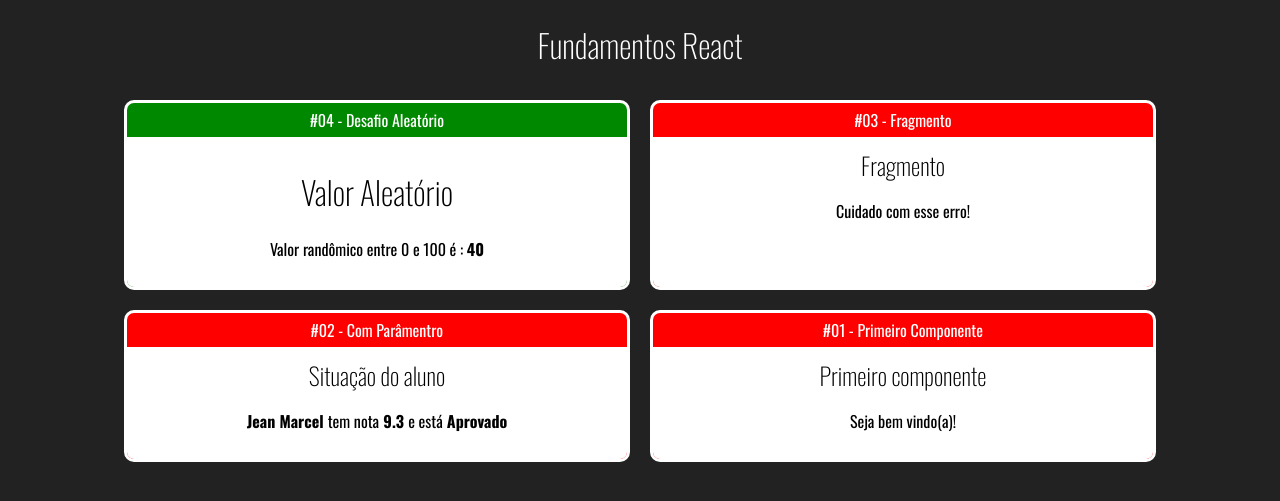
Repository: jean-siqueira/fundamentos-react
Page: /
An editor plug-in stored every save of this project. The page is shown before and after a run of saves, followed by the edit.
The browser window is 1280 px wide. The pictures show the whole page.
The project was rebuilt for these pictures with package versions that can differ from the ones it lists, and the page was loaded fresh each time.

Above is the page before, as saved 2023-03-04 12:33:15.

### public/index.html
<!DOCTYPE html>
<html lang="en">
  <head>
    <meta charset="utf-8" />
    <link rel="icon" href="%PUBLIC_URL%/favicon.ico" />
    <meta name="viewport" content="width=device-width, initial-scale=1" />
    <meta name="theme-color" content="#000000" />
    <meta
      name="description"
      content="Web site created using create-react-app"
    />
    <link rel="apple-touch-icon" href="%PUBLIC_URL%/logo192.png" />
    <link rel="manifest" href="%PUBLIC_URL%/manifest.json" />
    <link rel="preconnect" href="https://fonts.googleapis.com">
<link rel="preconnect" href="https://fonts.gstatic.com" crossorigin>
<link href="https://fonts.googleapis.com/css2?family=Oswald:wght@200;300;400;500;600;700&display=swap" rel="stylesheet">
    <title>React App</title>
  </head>
  <body>
    <noscript>You need to enable JavaScript to run this app.</noscript>
    <div id="root"></div>
  </body>
</html>

### src/index.js
import "./index.css";
import ReactDOM from "react-dom";
import React from "react";

import App from "./App";

const tag = <strong>Olá React</strong>;

ReactDOM.render(<App />, document.getElementById("root"));

### src/index.css
body {
    font-family: Oswald;
    background-color: #222;
    color: #fff;
    text-align: center;
}

h1, h2, h3 {
    font-weight: 200;
}

h2, h3 {
    margin: 0;
}

### src/App.jsx
import React from "react";

import Card from "./components/layout/Card";
import Primeiro from "./components/basicos/Primeiro";
import "./App.css"
import ComParametro from "./components/basicos/ComParametro";
import Fragmento from "./components/basicos/Fragmento";
import Aleatorio from "./components/basicos/Aleatorio";

export default (_) => (
  <div className="App">
    <h1>Fundamentos React</h1>

    <div className="Cards">
      <Card titulo="#04 - Desafio Aleatório" color="#080">
        <Aleatorio min={0} max={100} />
      </Card>

      <Card titulo="#03 - Fragmento">
        <Fragmento />
      </Card>

      <Card titulo="#02 - Com Parâmentro">
        <ComParametro
          titulo="Situação do aluno"
          aluno="Jean Marcel"
          nota={9.3}
        />
      </Card>

      <Card titulo="#01 - Primeiro Componente">
        <Primeiro></Primeiro>
      </Card>
    </div>
  </div>
);

### src/components/layout/Card.jsx
import React from "react";
import "./Card.css";

export default (props) => {

    const cardStyle = {
        backgroundColor: props.color || '#F00',

    }

  return (
    <div className="Card" style={cardStyle}>
      <div className="Title">{props.titulo}</div>
      <div className="Content">{props.children}</div>
    </div>
  );
};

### src/components/basicos/Primeiro.js

import React from "react"

export default function Primeiro() {

    const msg = 'Seja bem vindo(a)!'

    return (
        <div>
            <h2>Primeiro componente</h2>
            <p>  {msg} </p>
        </div>
    )

}

### src/components/basicos/ComParametro.jsx
import React from "react";

export default function ComParametro(props) {
  const status = props.nota >= 7 ? "Aprovado" : "Recuperação";
  return (
    <div>
      <h2>{props.titulo}</h2>
      <p>
        <strong>{props.aluno} </strong>
        tem nota
        <strong> {props.nota} </strong>e está
        <strong> {status}</strong>
      </p>
    </div>
  );
}

### src/components/basicos/Fragmento.jsx
import React from "react";

export default function Fragmento(props) {
  return (
    <>
      <h2>Fragmento</h2>
      <p>Cuidado com esse erro!</p>
    </>
  );
}

### src/components/basicos/Aleatorio.jsx
import React from "react";

export default (props) => {
  const { min, max } = props;

  const valorRandomico = parseInt(Math.random() * (max - min)) + min;

  return (
    <div>
      <h1>Valor Aleatório</h1>
      <p>
        Valor randômico entre {min} e {max} é :{" "}
        <strong>{valorRandomico}</strong>
      </p>
    </div>
  );
};

### src/components/layout/Card.css
.Card {
    border-radius: 10px;
    overflow: hidden;
    border: 3px solid;
    margin: 10px;

    display: flex;
    flex-direction: column;
    min-width: 500px;
    max-width: 500px;
}

.Card .Title {
    padding: 5px 0px;
    display: flex;
    justify-content: center;
}

.Card .Content {
    flex-grow: 1;
    background-color: #fff;
    color: #000;
    padding: 10px;
}

Loaded but not shown: src/App.css (common file)

After the next 6 saves:
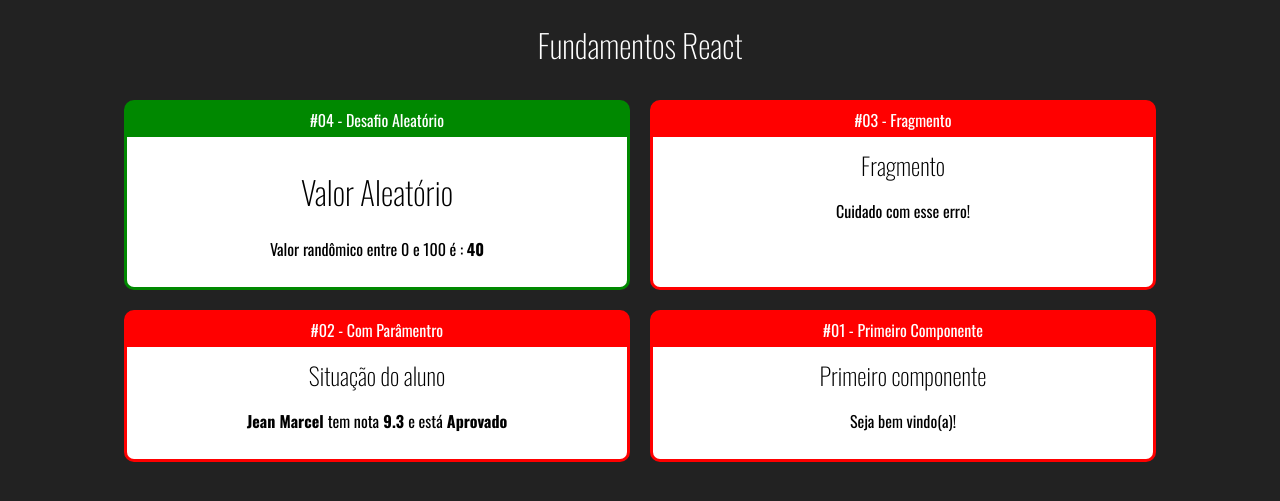
The 6 saves are shown as one change because 1 did not build or start and some came seconds apart.
The last was saved 17 s later.
--- a/src/components/layout/Card.jsx
+++ b/src/components/layout/Card.jsx
@@ -5,7 +5,7 @@ export default (props) => {
 
     const cardStyle = {
         backgroundColor: props.color || '#F00',
-
+        borderColor: props.color || '#F00',
     }
 
   return (
